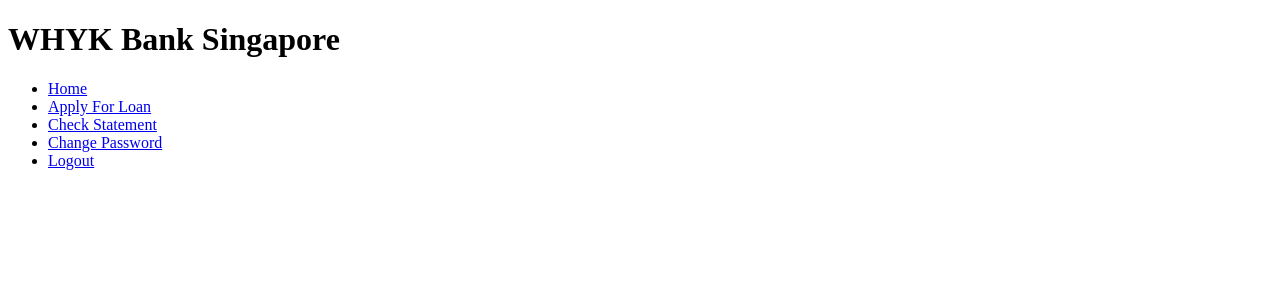
Repository: LingWenXing/java-fundamentals
Page: BankApplicationSystem/src/main/webapp/checkBalance.html
These files come from the project's save history. The page is drawn as it stood at one moment and after the next save; the edit follows.
The browser window is 1280 px wide. The pictures show the whole page.

Above is the page before, as saved 2022-04-15 10:11:47.

After the next save:
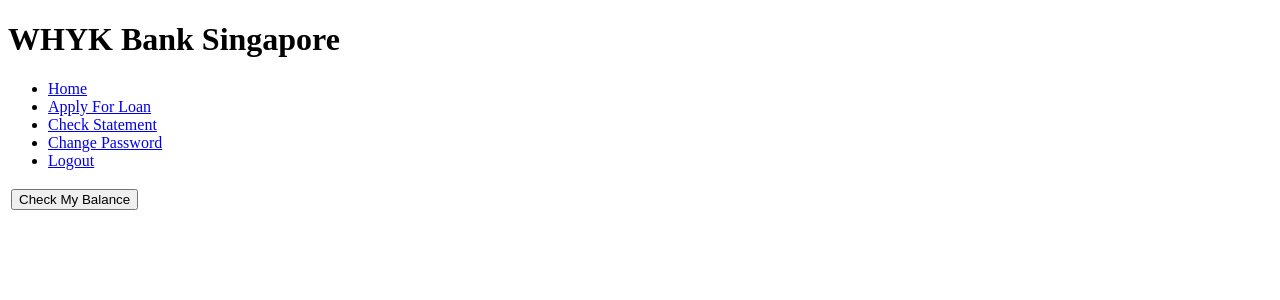
Saved 20 h 57 min later.
--- a/BankApplicationSystem/src/main/webapp/checkBalance.html
+++ b/BankApplicationSystem/src/main/webapp/checkBalance.html
@@ -21,5 +21,12 @@
 			</nav>
 		</div>
 	</header>
+	<form action="/BankApplicationSystem/CheckBalance">
+		<table>
+			<tr>
+				<td><input type="submit" value="Check My Balance"></td>
+			</tr>
+		</table>
+	</form>
 </body>
 </html>
